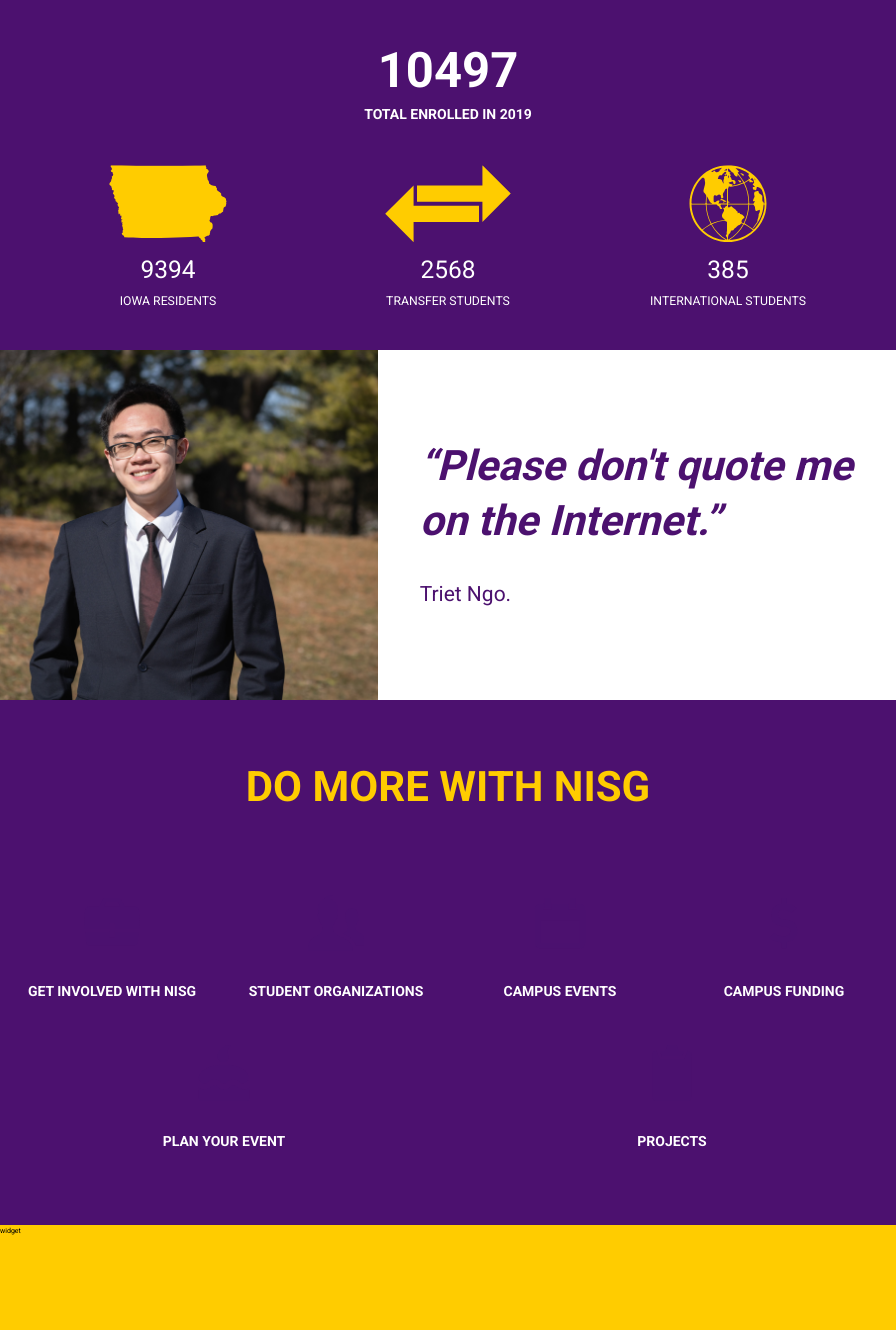
Repository: trietngo/nisg
Page: index.html
These files come from the project's save history. The page is drawn as it stood at one moment and after a run of saves; the edit follows.
The browser window is 1280 px wide. The pictures show the part of the page from y = 720 to 2620 px (the page is 3520 px tall), at 70% of full size.
Some web fonts or font styles are not loaded; a fallback is used. The style sheet was rebuilt from its Sass, Less or Tailwind sources for each picture, by a compiler version that may differ from the author's.

Above is the page before, as saved 2020-08-29 15:39:32.

After the next 3 saves:
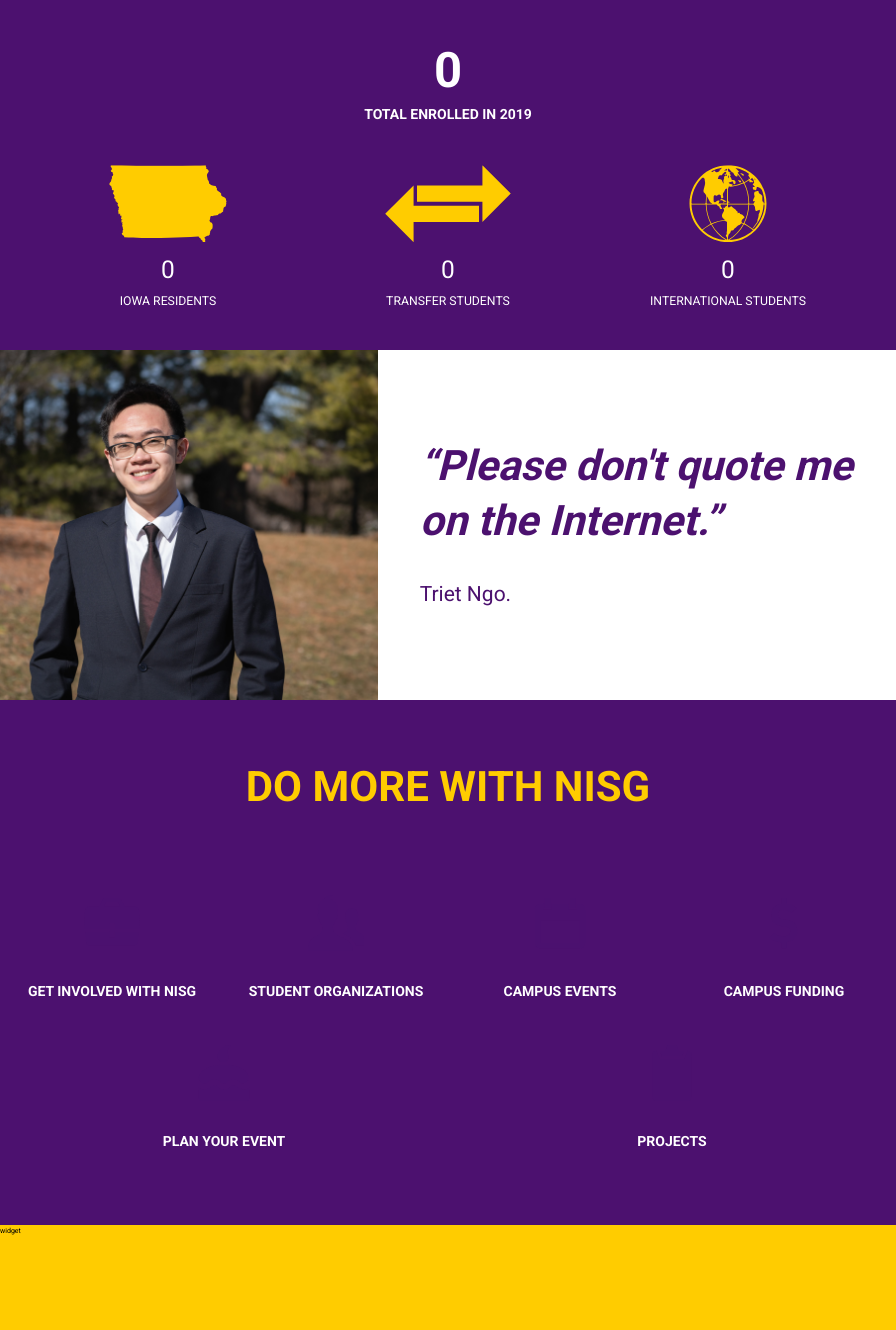
The 3 saves are shown as one change because they came seconds apart.
The last was saved 14 s later.
--- a/script.js
+++ b/script.js
@@ -14,7 +14,7 @@
 let enroll = document.getElementById('enroll');
 console.log(enroll)
 
-
+if (isElementInViewport(enroll) )
 
 counters.forEach(counter => {
 

After the 5 saves that followed:
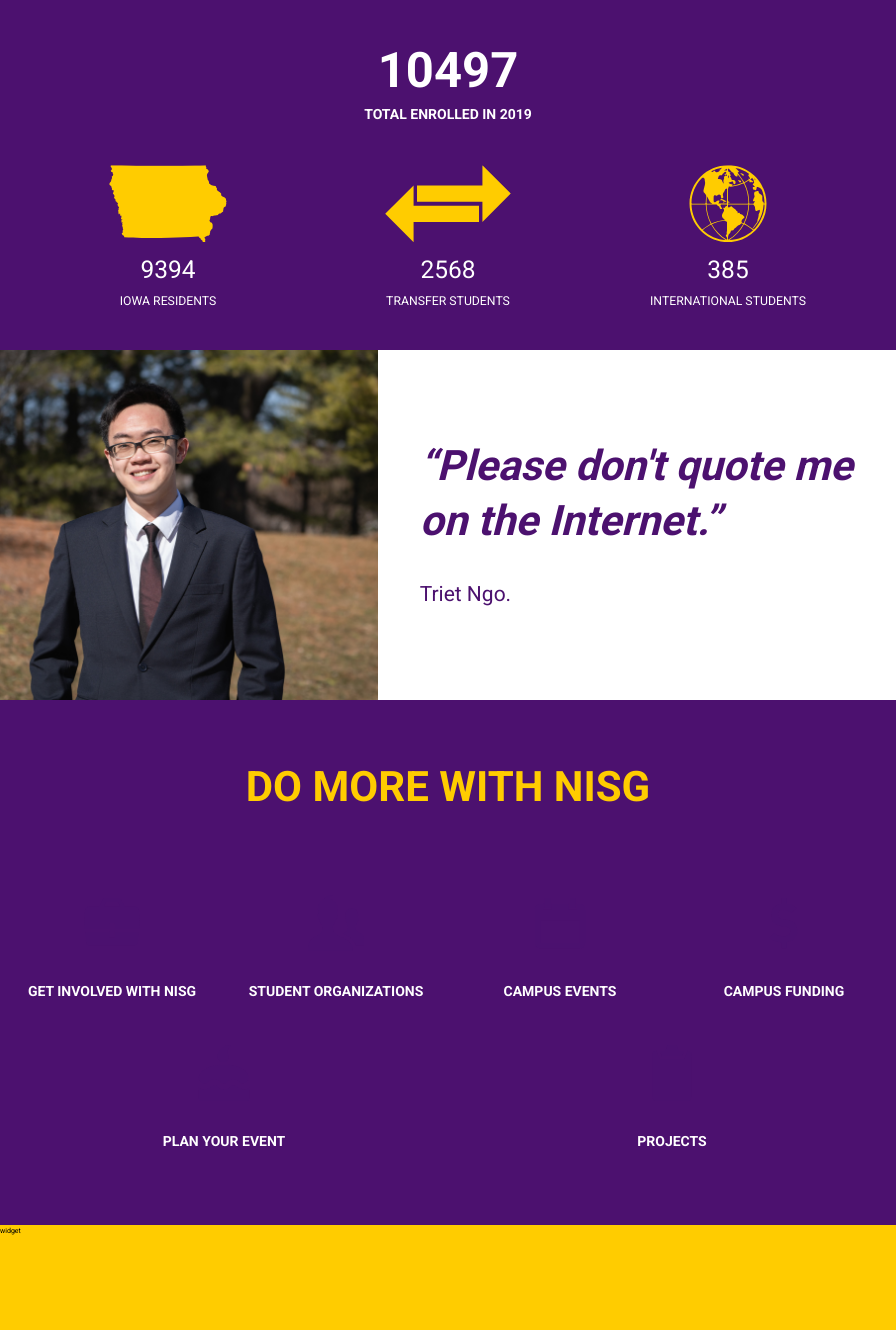
The 5 saves are shown as one change because 1 left the picture as it was and some came seconds apart.
The last was saved 16 s later.
--- a/script.js
+++ b/script.js
@@ -14,7 +14,9 @@
 let enroll = document.getElementById('enroll');
 console.log(enroll)
 
-if (isElementInViewport(enroll) )
+if (isElementInViewport(enroll)) {
+
+}
 
 counters.forEach(counter => {
 
